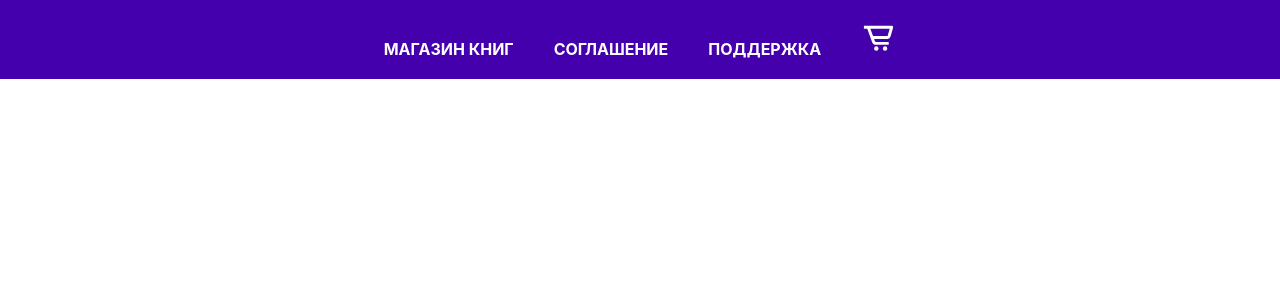
Repository: Minkeani/BookStore
Page: /support
These files come from the project's save history. The page is drawn as it stood at one moment and after the next save; the edit follows.
The browser window is 1280 px wide. The pictures show the whole page.
The project was rebuilt for these pictures with package versions that can differ from the ones it lists, and the page was loaded fresh each time. Also part of the build but not shown: src/components/BookBasket/BookBasket.css, src/components/BookBasket/BookBasket.jsx, src/components/HomePage/HomePage.css, src/components/CartBlock/BookBlock.css.

Above is the page before, as saved 2022-09-18 11:57:22.

### src/index.js
import React from "react";
import ReactDOM from "react-dom/client";
import "./index.css";
import { BrowserRouter } from "react-router-dom";
import App from "./App";

const root = ReactDOM.createRoot(document.getElementById("root"));
root.render(
  <BrowserRouter>
    <App />
  </BrowserRouter>
);

### src/App.js
import './App.css';
import Header from './components/Header/Header';

function App() {
  return (
    <div className="App">
      <Header/>
    </div>
  );
}

export default App;

### src/components/Header/Header.jsx
import React, { useState } from "react";
import RouteList from "../../routes/RouteList";
import { Link } from "react-router-dom";
import cn from "classnames";
import styles from "./Header.module.scss";
import BookBlock from "../CartBlock/BookBlock";

const Header = () => {
  const [active, setActive] = useState(false);

  return (
    <>
      <header>
        <ul
          className={cn(
            styles.topnav,
            active === true ? styles.responsive : ""
          )}
        >
          <li>
            <Link to="/">Магазин книг</Link>
          </li>
          <li>
            <Link to="/">Соглашение</Link>
          </li>
          <li>
            <Link to="/">Поддержка</Link>
          </li>
          <li>
            <Link to="/bookBasket">
              <BookBlock />
            </Link>
          </li>
          <li className={styles.icon}>
            <a href="#" onClick={() => setActive(!active)}>
              ☰
            </a>
          </li>
        </ul>
      </header>
      <RouteList />
    </>
  );
};

export default Header;

### src/routes/RouteList.jsx
import React from "react";
import { routes } from "./routes";
import { Routes, Route, Navigate } from "react-router-dom";

const RouteList = () => {
  return (
    <Routes>
      {routes.map((route) => (
        <Route key={route.path} path={route.path} element={<route.element />} />
      ))}
      <Route path="*" element={<Navigate to="/" replace />} />
    </Routes>
  );
};

export default RouteList;

### src/components/Header/Header.module.scss
header {
    position: fixed;
  width: 100%;
  height: 20vh;
  z-index: 3;
  }
.topnav {
    background: #4400ad;
    border-bottom: 0.5px solid white;
    list-style-type: none;
    margin: 0;
    overflow: hidden;
    position: relative;
    transition: all ease 0.5s;
    padding: 0;
  }

  .logo {
    font-size: 2rem;
  }

  .favourite {
    position: relative;
    display: flex;
    align-items: center;
    justify-content: center;
  }


  .favourite span{
    font-size: 40px;
  }

  .favourite span div{
    position: absolute;
    background-color: orange;
    border-radius: 10px;
    padding: 3px;
    font-size: 24px;
    top: -20px;
    right: -10px;
  }

  .active {
    text-decoration: underline;
  }

  .topnav li {
    display: inline-block;
    margin: 0;
  }

  .topnav li a {
    text-decoration: none;
    color: #fff;
    display: block;
    padding: 20px;
    text-transform: uppercase;
    font-weight: bold;
    transition: all ease 0.3s;
  }

  .topnav li a:hover {
    color: rgb(214, 214, 214);
}

  .topnav .icon {
    position: absolute;
    top: 0;
    right: 0;
    display: none;
  }

  .responsive {
     transition: all ease 0.5s;
  }

  @media screen and (max-width: 640px) {
    .topnav li:not(:first-child) {
      display: none;
    }
    ul.topnav li.icon {
      display: block;
    }
  }

  @media screen and (max-width: 640px) {
    ul.topnav.responsive {
      position: relative;
    }
    ul.topnav.responsive li.icon {
      position: absolute;
      right: 0;
      top: 0;
    }
    ul.topnav.responsive li,
    ul.topnav.responsive li a {
      display: block;
      text-align: left;
    }
  }

### src/components/CartBlock/BookBlock.jsx
import React from "react";
import { BiBook, BiCartAlt } from "react-icons/bi";
import "./BookBlock.css";

const BookBlock = () => {
  return (
    <div className="BookBlock">
      <BiCartAlt
        size={35}
        className="cart-icon"
        // onClick={() => setCartMenuVisible(!isCartMenuVisible)}
      />
    </div>
  );
};

export default BookBlock;

### src/routes/routes.js
import BookBasket from "../components/BookBasket/BookBasket";
import HomePage from "../components/HomePage/HomePage";

export const routes = [
  {
    path: "/",
    element: HomePage,
  },
  {
    path: "/bookBasket",
    element: BookBasket,
  },
];

### src/components/HomePage/HomePage.jsx
import React from 'react';
import './HomePage.css'

const HomePage = () => {
    return (
        <div>

        </div>
    );
}

export default HomePage;

Loaded but not shown: public/index.html (common file); src/index.css (common file); src/App.css (common file)

After the next save:
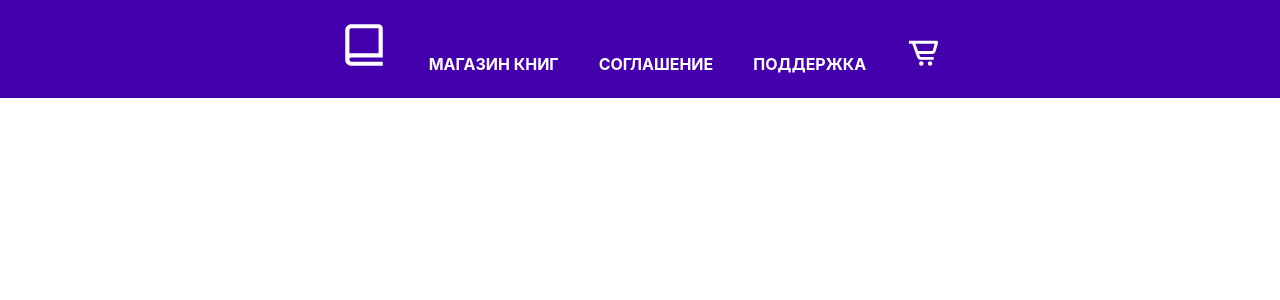
Saved 42 s later.
--- a/src/components/Header/Header.jsx
+++ b/src/components/Header/Header.jsx
@@ -4,6 +4,7 @@
 import cn from "classnames";
 import styles from "./Header.module.scss";
 import BookBlock from "../CartBlock/BookBlock";
+import { BiBookAlt } from "react-icons/bi";
 
 const Header = () => {
   const [active, setActive] = useState(false);
@@ -17,6 +18,8 @@
             active === true ? styles.responsive : ""
           )}
         >
+                        <li><Link to="/" className={cn(styles.active, styles.logo)}><BiBookAlt size={50}/></Link></li>
+
           <li>
             <Link to="/">Магазин книг</Link>
           </li>
